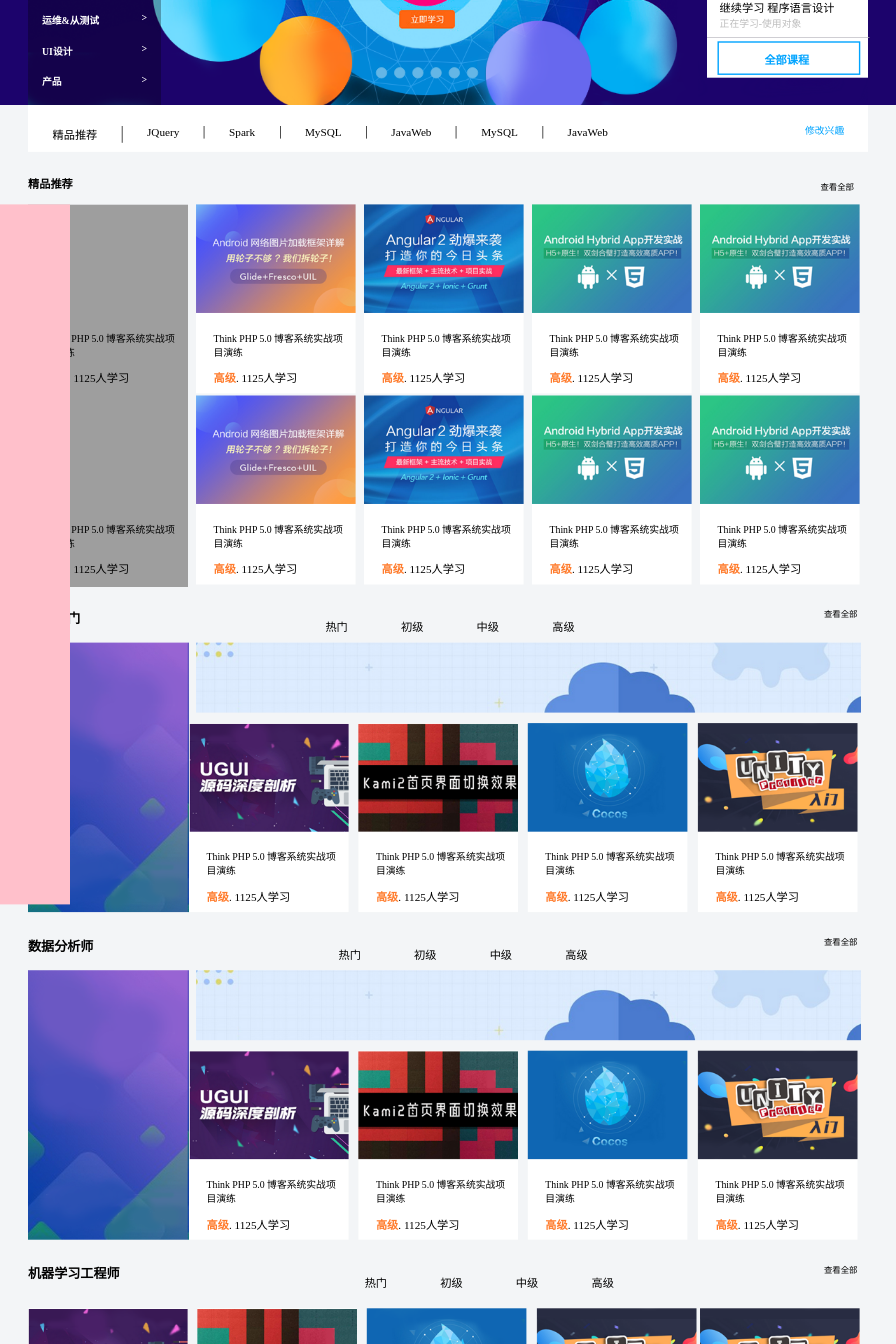
Repository: try-18/web-page-1
Page: index.html
These files come from the project's save history. The page is drawn as it stood at one moment and after the next save; the edit follows.
The browser window is 1280 px wide. The pictures show the part of the page from y = 370 to 2290 px (the page is 3340 px tall), at 70% of full size.
Pictures or frames that could not be fetched are drawn as grey boxes.

Above is the page before, as saved 2021-11-02 11:47:49.

After the next save:
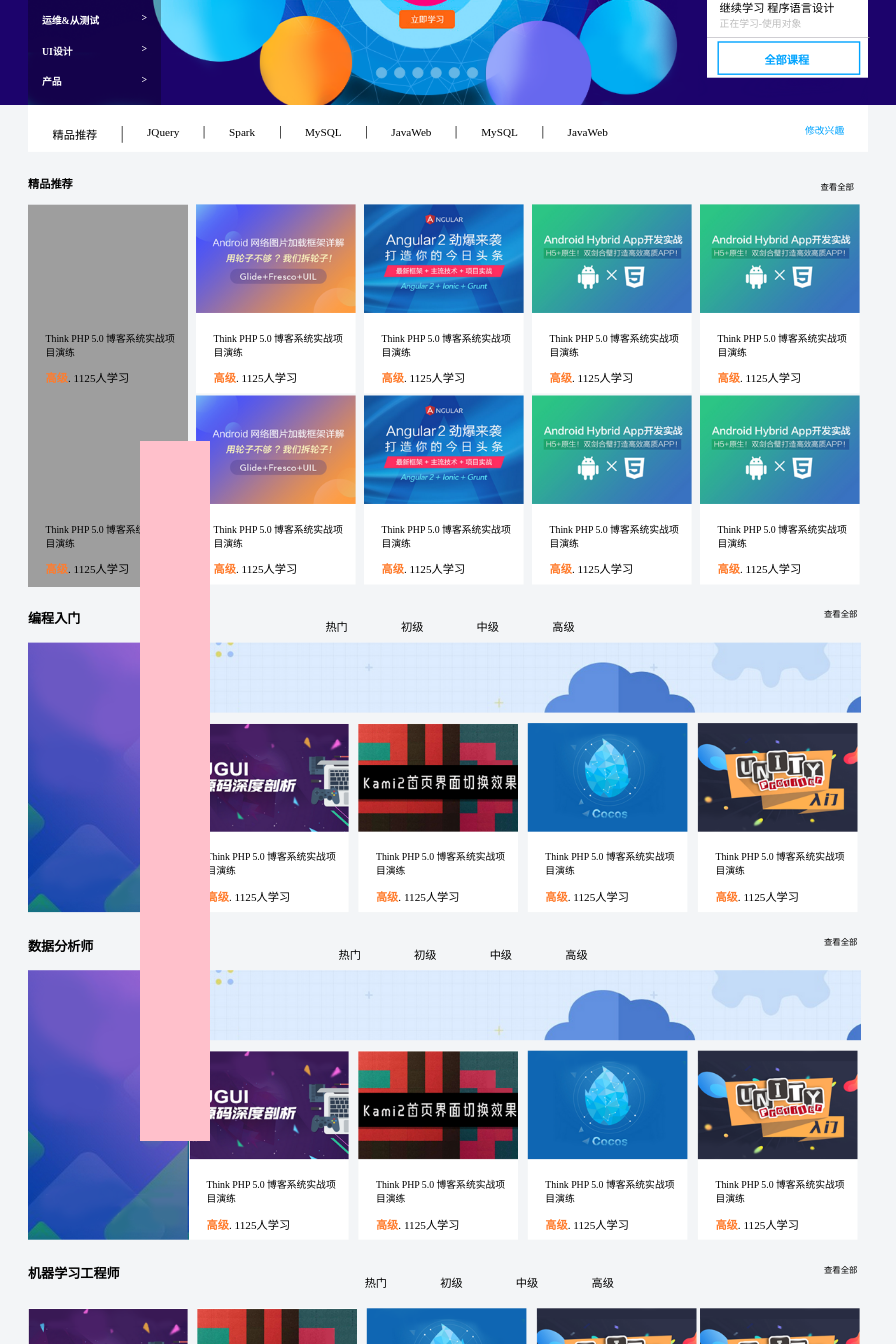
Saved 18 s later.
--- a/index.css
+++ b/index.css
@@ -603,9 +603,10 @@
 }
 
 .left {
-    float: left;
     width: 100px;
     height: 1000px;
     position: fixed;
+    top: 1000px;
+    left: 200px;
     background-color: pink;
 }
